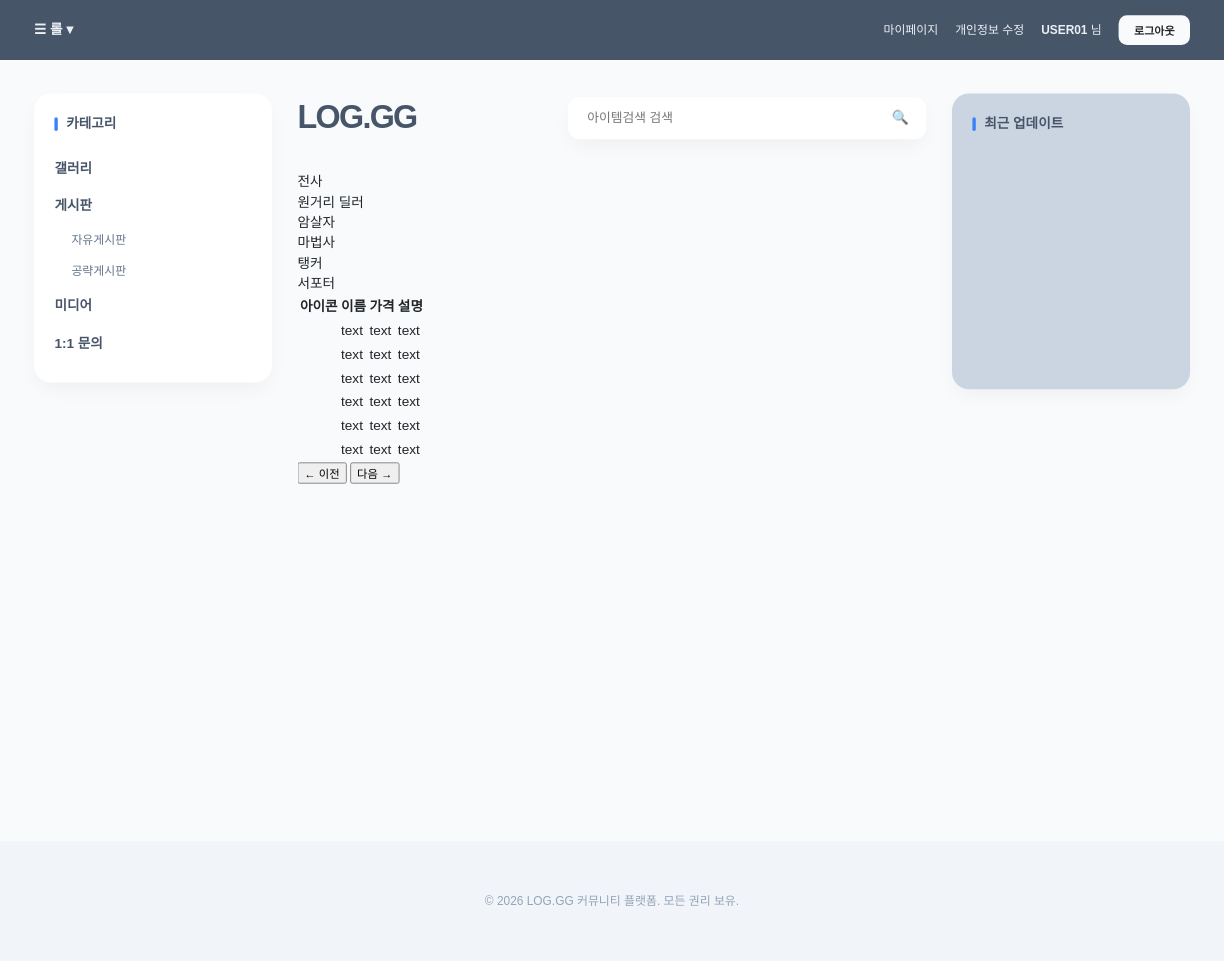
Repository: hoitman297/Semiproject_Team200
Page: http://localhost/SemiProject_Team200/WEB-INF/views/batterground/lol_item_info.jsp
The author's editor kept a copy of each file at every save. The page is drawn from the files as they stood at one save, then again after the next save.
The browser window is 1280 px wide. The page is 1440 px wide, so the pictures cover 1440 px, including what lies to the right of the window. The pictures show the whole page, at 85% of full size.
Some web fonts or font styles are not loaded; a fallback is used. The page is served by Tomcat 9. Nobody is signed in. Other server files are loaded and not shown. The template is opened directly, without the code that normally fills it, so the values that code supplies are empty.

Above is the page before, as saved 2026-03-16 03:00:20.

### SemiProject_Team200/src/main/webapp/WEB-INF/views/batterground/lol_item_info.jsp
<%@ page session="false" contentType="text/html; charset=UTF-8" pageEncoding="UTF-8" %>
<%@ taglib uri="http://java.sun.com/jsp/jstl/core" prefix="c" %>
<!DOCTYPE html>
<html>
<head>
<meta charset="UTF-8">
<meta name="viewport" content="width=device-width, initial-scale=1.0">
	<link rel="stylesheet" href="${pageContext.request.contextPath}/resources/overwatch/style.css">
	<link rel="stylesheet" href="${pageContext.request.contextPath}/resources/main/style.css">
	<script src="https://ajax.googleapis.com/ajax/libs/jquery/3.6.0/jquery.min.js"></script>
	<script src="${pageContext.request.contextPath}/resources/overwatch/script.js" defer></script>
	<script src="${pageContext.request.contextPath}/resources/main/script.js" defer></script>
    <title>롤</title>
</head>
<body>
	<c:set var="headerTitle" value="롤" />
    <%@ include file="../common/header.jsp" %>


	    <div class="main-layout">
        <aside class="side-left">
            <div class="side-card">
                <h3>카테고리</h3>
                <div class="menu-item">갤러리</div>
                <div class="menu-item">게시판</div>
                <div class="sub-item">자유게시판</div>
                <div class="sub-item">공략게시판</div>
                <div class="menu-item">미디어</div>
                <div class="menu-item">1:1 문의</div>
            </div>
        </aside>

        <main class="content-area">
            <div class="top-row">
                <div class="logo">LOG.GG</div>
                <div class="search-bar">
                    <input type="text" placeholder="아이템검색 검색">
                    <span>🔍</span>
                </div>
            </div>

            <div class="item-card">
                <div class="item-categories">
                    <div class="category-btn">
                        <div class="category-icon"></div>
                        <span>전사</span>
                    </div>
                    <div class="category-btn">
                        <div class="category-icon"></div>
                        <span>원거리 딜러</span>
                    </div>
                    <div class="category-btn">
                        <div class="category-icon"></div>
                        <span>암살자</span>
                    </div>
                    <div class="category-btn">
                        <div class="category-icon"></div>
                        <span>마법사</span>
                    </div>
                    <div class="category-btn">
                        <div class="category-icon"></div>
                        <span>탱커</span>
                    </div>
                    <div class="category-btn">
                        <div class="category-icon"></div>
                        <span>서포터</span>
                    </div>
                </div>

                <div class="item-table-container">
                    <table class="item-table">
                        <thead>
                            <tr>
                                <th class="icon">아이콘</th>
                                <th class="name-price">이름</th>
                                <th class="name-price">가격</th>
                                <th>설명</th>
                            </tr>
                        </thead>
                        <tbody>
                            <tr>
                                <td><div class="item-img-placeholder"></div></td>
                                <td>text</td>
                                <td>text</td>
                                <td>text</td>
                            </tr>
                            <tr>
                                <td><div class="item-img-placeholder"></div></td>
                                <td>text</td>
                                <td>text</td>
                                <td>text</td>
                            </tr>
                            <tr>
                                <td><div class="item-img-placeholder"></div></td>
                                <td>text</td>
                                <td>text</td>
                                <td>text</td>
                            </tr>
                            <tr>
                                <td><div class="item-img-placeholder"></div></td>
                                <td>text</td>
                                <td>text</td>
                                <td>text</td>
                            </tr>
                            <tr>
                                <td><div class="item-img-placeholder"></div></td>
                                <td>text</td>
                                <td>text</td>
                                <td>text</td>
                            </tr>
                            <tr>
                                <td><div class="item-img-placeholder"></div></td>
                                <td>text</td>
                                <td>text</td>
                                <td>text</td>
                            </tr>
                        </tbody>
                    </table>

                    <div class="pagination">
                        <button class="page-btn">← 이전</button>
                        <button class="page-btn">다음 →</button>
                    </div>
                </div>
            </div>
        </main>

        <aside class="side-right">
            <div class="side-card" style="background: #cbd5e1; height: 300px;">
                <h3>최근 업데이트</h3>
            </div>
        </aside>
    </div>

	<%@ include file="../common/footer.jsp" %>

</body>
</html>

### SemiProject_Team200/src/main/webapp/WEB-INF/views/common/header.jsp
<%@ page language="java" contentType="text/html; charset=UTF-8"
	pageEncoding="UTF-8"%>
<%@ taglib uri="http://java.sun.com/jsp/jstl/core" prefix="c"%>

<%--
  주의: include되는 파일에는 html, head, body 태그를 쓰지 않는다.
  여기에 적힌 태그들이 부모 페이지의 <body> 태그 안으로 그대로 들어감.
--%>
<header>
	<div class="dropdown" id="mainMenu">
		<div class="header-left">☰ ${not empty headerTitle ? headerTitle : '메인페이지'}
			▾</div>
		<div class="dropdown-content">
			<c:if test="${headerTitle ne '배틀그라운드'}">
				<%-- 폴더명 사진 확인: batterground --%>
				<a href="<c:url value = '/battleground/main' />">배틀그라운드</a>
			</c:if>
			<c:if test="${headerTitle ne '롤'}">
				<a href="<c:url value = '/lol/main' />">리그 오브 레전드</a>
			</c:if>
			<c:if test="${headerTitle ne '오버워치'}">
				<a href="<c:url value = '/overwatch/main' />">오버워치</a>
			</c:if>
			<a href="<c:url value = '/' />" style="border-top: 1px solid #eee;">메인페이지</a>
		</div>
	</div>

	<div class="user-nav">
		<span>마이페이지</span> <span>개인정보 수정</span> <span><b>USER01</b> 님</span>
		<button class="btn-logout">로그아웃</button>
	</div>
</header>

### SemiProject_Team200/src/main/webapp/WEB-INF/views/common/footer.jsp
<%@ page language="java" contentType="text/html; charset=UTF-8"
	pageEncoding="UTF-8"%>
<%@ taglib uri="http://java.sun.com/jsp/jstl/core" prefix="c"%>

<%--
  include용 파일에는 html, head, body 태그를 절대 쓰지 마.
  부모 페이지의 </body> 바로 직전에 이 내용만 쏙 들어가는 거야.
--%>
<footer> © 2026 LOG.GG ${not empty footerTitle ? footerTitle : '커뮤니티 플랫폼'}.
	모든 권리 보유. </footer>

### SemiProject_Team200/src/main/webapp/resources/overwatch/style.css
@import url('https://cdn.jsdelivr.net/gh/orioncactus/pretendard/dist/web/static/pretendard.css');

        /*영웅정보 스타일*/

        /* 사진 디자인 구현 : 영웅 상세 카드 */
        .detail-card {
            background: white;
            border-radius: 24px;
            box-shadow: var(--card-shadow);
            padding: 30px;
        }

        .hero-title {
            font-size: 20px;
            font-weight: 800;
            margin-bottom: 20px;
            display: flex;
            align-items: center;
            gap: 10px;
        }

        .hero-title::before {
            content: '•';
            color: var(--accent-blue);
        }

        .hero-info-top {
            display: flex;
            gap: 30px;
            margin-bottom: 30px;
        }

        .hero-illust {
            width: 250px;
            height: 180px;
            border: 1px solid #e2e8f0;
            border-radius: 12px;
            display: flex;
            align-items: center;
            justify-content: center;
            font-weight: 700;
            color: #94a3b8;
        }

        .hero-desc-text {
            display: flex;
            flex-direction: column;
            gap: 10px;
            font-size: 16px;
            font-weight: 600;
        }

        /* 내부 탭 메뉴 */
        .detail-tabs {
            display: flex;
            border: 1px solid #cbd5e1;
            width: fit-content;
            margin-bottom: 25px;
        }

        .d-tab {
            padding: 10px 25px;
            border-right: 1px solid #cbd5e1;
            cursor: pointer;
            font-size: 14px;
            font-weight: 700;
            transition: var(--transition);
        }

        .d-tab:last-child {
            border-right: none;
        }

        .d-tab:hover,
        .d-tab.active {
            background: var(--accent-blue);
            color: white;
        }

        /* 섹션별 스타일 */
        .info-section {
            margin-bottom: 30px;
        }

        .info-section h4 {
            font-size: 16px;
            font-weight: 800;
            margin-bottom: 15px;
        }

        .skill-list {
            display: flex;
            flex-direction: column;
            gap: 8px;
        }

        .skill-item {
            display: flex;
            align-items: center;
            gap: 10px;
            font-size: 15px;
            font-weight: 600;
        }

        .skill-item input {
            width: 18px;
            height: 18px;
        }

        .skin-list {
            display: flex;
            gap: 15px;
        }

        .skin-box {
            width: 100px;
            height: 100px;
            border: 1px solid #e2e8f0;
            border-radius: 8px;
        }

        /* 댓글 영역 */
        .comment-row {
            background: #e2e8f0;
            border-radius: 8px;
            padding: 15px 25px;
            display: flex;
            justify-content: space-between;
            align-items: center;
            font-size: 14px;
            font-weight: 700;
            margin-top: 20px;
        }

        .comment-main {
            flex: 1;
            text-align: center;
        }

        .comment-side {
            display: flex;
            gap: 20px;
        }

        /* 사이드바 보조 */
        .side-card {
            background: white;
            padding: 24px;
            border-radius: 20px;
            box-shadow: var(--card-shadow);
            margin-bottom: 25px;
        }

        .side-card h3 {
            font-size: 16px;
            font-weight: 800;
            margin: 0 0 18px 0;
            color: var(--primary-navy);
            display: flex;
            align-items: center;
            gap: 10px;
        }

        .side-card h3::before {
            content: '';
            width: 4px;
            height: 16px;
            background: var(--accent-blue);
            border-radius: 2px;
        }

        .menu-item {
            font-weight: 700;
            color: var(--primary-navy);
            padding: 10px 0;
            cursor: pointer;
        }

        .sub-item {
            padding: 8px 0 8px 20px;
            font-size: 14px;
            color: #64748b;
            cursor: pointer;
            transition: var(--transition);
        }

        .sub-item:hover {
            color: var(--accent-blue);
        }







        /*상자 시뮬레이션*/

### SemiProject_Team200/src/main/webapp/resources/main/style.css
@import url('https://cdn.jsdelivr.net/gh/orioncactus/pretendard/dist/web/static/pretendard.css');

        :root {
            --primary-navy: #475569;
            --accent-blue: #3b82f6;
            --bg-soft: #f8fafc;
            --card-shadow: 0 10px 25px -5px rgba(0, 0, 0, 0.05);
            --transition: all 0.3s cubic-bezier(0.4, 0, 0.2, 1);
            --container-width: 1440px;
            --sidebar-width: 280px;
        }

        a {
            text-decoration: none;
            color: inherit;
        }

        body {
            margin: 0;
            padding: 0;
            font-family: 'Pretendard', sans-serif;
            background-color: var(--bg-soft);
            color: #212529;
            width: var(--container-width);
            margin: 0 auto;
            line-height: 1.5;
        }

        /* 공통 헤더 */
        header {
            position: sticky;
            top: 0;
            z-index: 100;
            background: var(--primary-navy);
            padding: 15px 40px;
            display: flex;
            justify-content: space-between;
            align-items: center;
            height: 40px;
        }

        /* [수정] 드롭다운 컨테이너 */
        .dropdown {
            position: relative;
            display: inline-block;
        }

        .header-left {
            display: flex;
            align-items: center;
            gap: 20px;
            font-weight: 600;
            cursor: pointer;
            color: #ecf0f5;
            padding: 10px 0;
        }

        /* [추가] 실제 드롭다운 메뉴 스타일 */
        .dropdown-content {
            display: none; /* 평소에는 숨김 */
            position: absolute;
            top: 100%;
            left: 0;
            background-color: white;
            min-width: 160px;
            box-shadow: 0px 8px 16px rgba(0,0,0,0.1);
            border-radius: 12px;
            overflow: hidden;
            z-index: 1;
            margin-top: 5px;
        }

        .dropdown-content a {
            color: #334155;
            padding: 12px 16px;
            display: block;
            font-size: 14px;
            font-weight: 500;
            transition: var(--transition);
        }

        .dropdown-content a:hover {
            background-color: #f1f5f9;
            color: var(--accent-blue);
        }

        /* 클릭 시 메뉴 보이기 (JS로 제어) */
        .dropdown.show .dropdown-content {
            display: block;
        }

        .user-nav {
            display: flex;
            gap: 20px;
            align-items: center;
            font-size: 14px;
            color: #ecf0f5;
        }

        .user-nav span {
            cursor: pointer;
            transition: var(--transition);
        }

        .user-nav span:hover {
            color: var(--accent-blue);
        }

        .btn-logout {
            padding: 8px 18px;
            background: var(--bg-soft);
            color: #212529;
            border: none;
            border-radius: 10px;
            font-weight: 600;
            font-size: 13px;
            cursor: pointer;
            transition: var(--transition);
        }

        .btn-logout:hover {
            background: var(--accent-blue);
            color: white;
        }

        /* 메인 레이아웃 */
        .main-layout {
            display: grid;
            grid-template-columns: var(--sidebar-width) 1fr var(--sidebar-width);
            gap: 30px;
            padding: 40px;
            min-height: 800px;
        }

        /* 사이드바 공통 */
        .side-card {
            background: white;
            padding: 24px;
            border-radius: 20px;
            box-shadow: var(--card-shadow);
            margin-bottom: 25px;
        }

        .side-card h3 {
            font-size: 16px;
            font-weight: 800;
            margin: 0 0 18px 0;
            color: var(--primary-navy);
            display: flex;
            align-items: center;
            gap: 10px;
        }

        .side-card h3::before {
            content: '';
            width: 4px;
            height: 16px;
            background: var(--accent-blue);
            border-radius: 2px;
        }

        .list-item {
            font-size: 14px;
            padding: 12px 0;
            color: #475569;
            cursor: pointer;
            transition: var(--transition);
            border-bottom: 1px solid #f1f5f9;
        }

        .list-item:last-child {
            border-bottom: none;
        }

        .list-item:hover {
            color: var(--accent-blue);
            padding-left: 8px;
            font-weight: 600;
        }
        .sidebar-right {
            background: #cbd5e1;
            border-radius: 20px;
            padding: 25px;
            height: fit-content;
            min-height: 400px;
        }

        .sidebar-right h3 {
            font-size: 16px;
            margin: 0 0 20px 0;
            font-weight: 800;
        }

        .menu-item {
            font-weight: 700;
            color: var(--primary-navy);
            padding: 10px 0;
            cursor: pointer;
        }

        .sub-item {
            padding: 8px 0 8px 20px;
            font-size: 14px;
            color: #64748b;
            cursor: pointer;
            transition: var(--transition);
        }

        .sub-item:hover {
            color: var(--accent-blue);
        }



        /* 중앙 컨텐츠 영역 */
        .content-area {
            display: flex;
            flex-direction: column;
            gap: 35px;
        }

        .top-row {
            display: flex;
            justify-content: space-between;
            align-items: center;
        }

        .logo {
            font-size: 38px;
            font-weight: 900;
            color: var(--primary-navy);
            letter-spacing: -2px;
            cursor: pointer;
        }

        .search-bar {
            background: white;
            border-radius: 15px;
            padding: 12px 20px;
            width: 380px;
            display: flex;
            align-items: center;
            box-shadow: var(--card-shadow);
            border: 1px solid transparent;
            transition: var(--transition);
        }

        .search-bar:focus-within {
            border-color: var(--accent-blue);
        }

        .search-bar input {
            border: none;
            outline: none;
            width: 100%;
            font-size: 15px;
            color: var(--primary-navy);
        }

        /* 게임 카드 */
        .game-cards {
            display: flex;
            gap: 20px;
        }

        .card {
            flex: 1;
            height: 260px;
            border-radius: 24px;
            overflow: hidden;
            position: relative;
            box-shadow: var(--card-shadow);
            transition: var(--transition);
            cursor: pointer;
        }

        .card:hover {
            transform: translateY(-10px);
        }

        .card img {
            width: 100%;
            height: 100%;
            object-fit: cover;
        }

        .card::after {
            content: attr(data-title);
            position: absolute;
            bottom: 25px;
            left: 25px;
            color: white;
            font-weight: 800;
            font-size: 20px;
        }

        /* 게시판 섹션 */
        .board-card {
            background: white;
            border-radius: 24px;
            box-shadow: var(--card-shadow);
            overflow: hidden;
        }

        .tab-menu {
            display: flex;
            background: #f4f4f4;
            padding: 5px 12px 0 12px;
            gap: 8px;
        }

        .tab-item {
            padding: 14px 24px;
            cursor: pointer;
            font-size: 15px;
            font-weight: 700;
            color: #94a3b8;
            border-radius: 14px 14px 0 0;
            transition: var(--transition);
            background: transparent; /* 배경 없음 */
    		border-radius: 14px 14px 0 0;
    		transition: var(--transition);
    		border: 1px solid transparent; /* 테두리 미리 확보 */
    		margin-bottom: -1px;
        }/*

        .tab-item.active {
    		background-color: white !important; 무조건 흰색
    		color: var(--accent-blue);
    		border-bottom: 1px solid white; 아래쪽 선만 가려서 본문과 연결
		} */

		.tab-item:not(.active):hover {background-color: white !important; /* 무조건 흰색 */
    		color: var(--accent-blue);
    		border-bottom: 1px solid white; /* 아래쪽 선만 가려서 본문과 연결 */
		}
        .tab-content {
            padding: 10px 30px 30px 30px;
        }



        .board-row {
            display: flex;
            padding: 18px 0;
            border-bottom: 1px solid #f1f5f9;
            font-size: 15px;
            align-items: center;
            transition: var(--transition);
        }

        .board-row.header-row {
            font-weight: 700;
            color: #94a3b8;
            border-bottom: 2px solid #f1f5f9;
        }

        .board-row:not(.header-row):hover {
            background-color: #f8fafc;
            cursor: pointer;
        }

        .col-likes {
            width: 80px;
            text-align: center;
            color: var(--accent-blue);
            font-weight: 800;
        }

        .col-title {
            flex: 1;
            padding: 0 20px;
            font-weight: 600;
        }

        .col-author {
            width: 120px;
            color: #64748b;
            text-align: center;
        }

        .col-date {
            width: 100px;
            text-align: right;
            color: #94a3b8;
        }

                .bottom-grid {
            display: grid;
            grid-template-columns: 1fr 1fr;
            gap: 20px;
        }

        .grid-box h4 {
            margin: 0 0 15px 0;
            font-size: 20px;
            font-weight: 800;
            color: var(--primary-navy);
        }

        .thumb-container {
            display: flex;
            gap: 12px;
        }

        .thumb {
            width: 120px;
            height: 120px;
            background: #e2e8f0;
            border-radius: 12px;
        }

        footer {
            padding: 60px 40px;
            text-align: center;
            font-size: 14px;
            color: #94a3b8;
            background: #f1f5f9;
            margin-top: 40px;
        }

### SemiProject_Team200/src/main/webapp/resources/main/script.js
$(document).ready(function () {
    /* [1. 공통: 드롭다운 메뉴 제어] */
    const $mainMenu = $('#mainMenu');

    $mainMenu.on('click', function (e) {
        $(this).toggleClass('show');
        e.stopPropagation();
    });

    $(window).on('click', function () {
        if ($mainMenu.hasClass('show')) {
            $mainMenu.removeClass('show');
        }
    });
});

    // 메뉴 바깥쪽 클릭하면 닫기
    $(window).on('click', function() {
        if ($mainMenu.hasClass('show')) {
            $mainMenu.removeClass('show');
        }
    });

Loaded but not shown: SemiProject_Team200/SemiProject_Team200/resources/overwatch/script.js (no stored copy; drawn as an empty file)

After the next save:
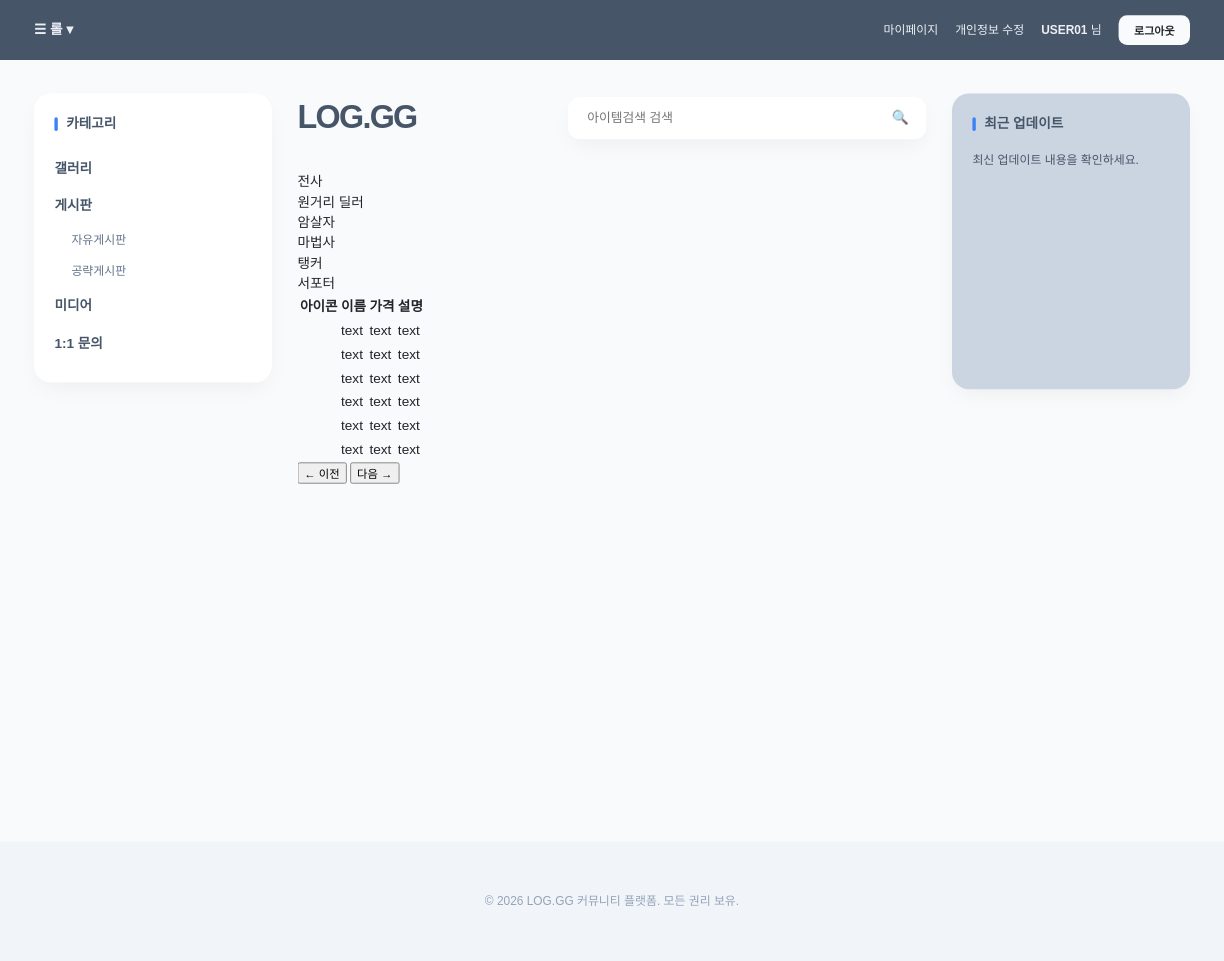
Saved 3 min 4 s later.
--- a/SemiProject_Team200/src/main/webapp/WEB-INF/views/batterground/lol_item_info.jsp
+++ b/SemiProject_Team200/src/main/webapp/WEB-INF/views/batterground/lol_item_info.jsp
@@ -128,6 +128,9 @@
         <aside class="side-right">
             <div class="side-card" style="background: #cbd5e1; height: 300px;">
                 <h3>최근 업데이트</h3>
+            <div style="font-size: 14px; color: #475569; line-height: 1.8;">
+                최신 업데이트 내용을 확인하세요.
+            </div>
             </div>
         </aside>
     </div>
